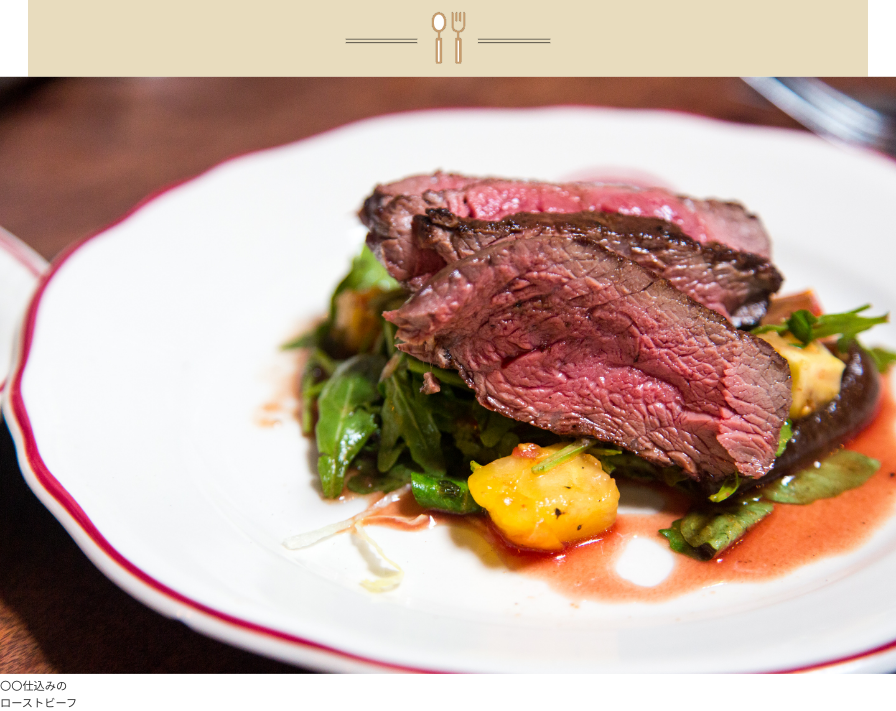
Repository: konatsu-0806/demo-site
Page: FromFigma/index.html
These files come from the project's save history. The page is drawn as it stood at one moment and after the next save; the edit follows.
The browser window is 1280 px wide. The pictures show the part of the page from y = 3534 to 5454 px (the page is 4549 px tall before and 5454 px after), at 70% of full size.

Above is the page before, as saved 2023-02-13 16:56:11.

After the next save:
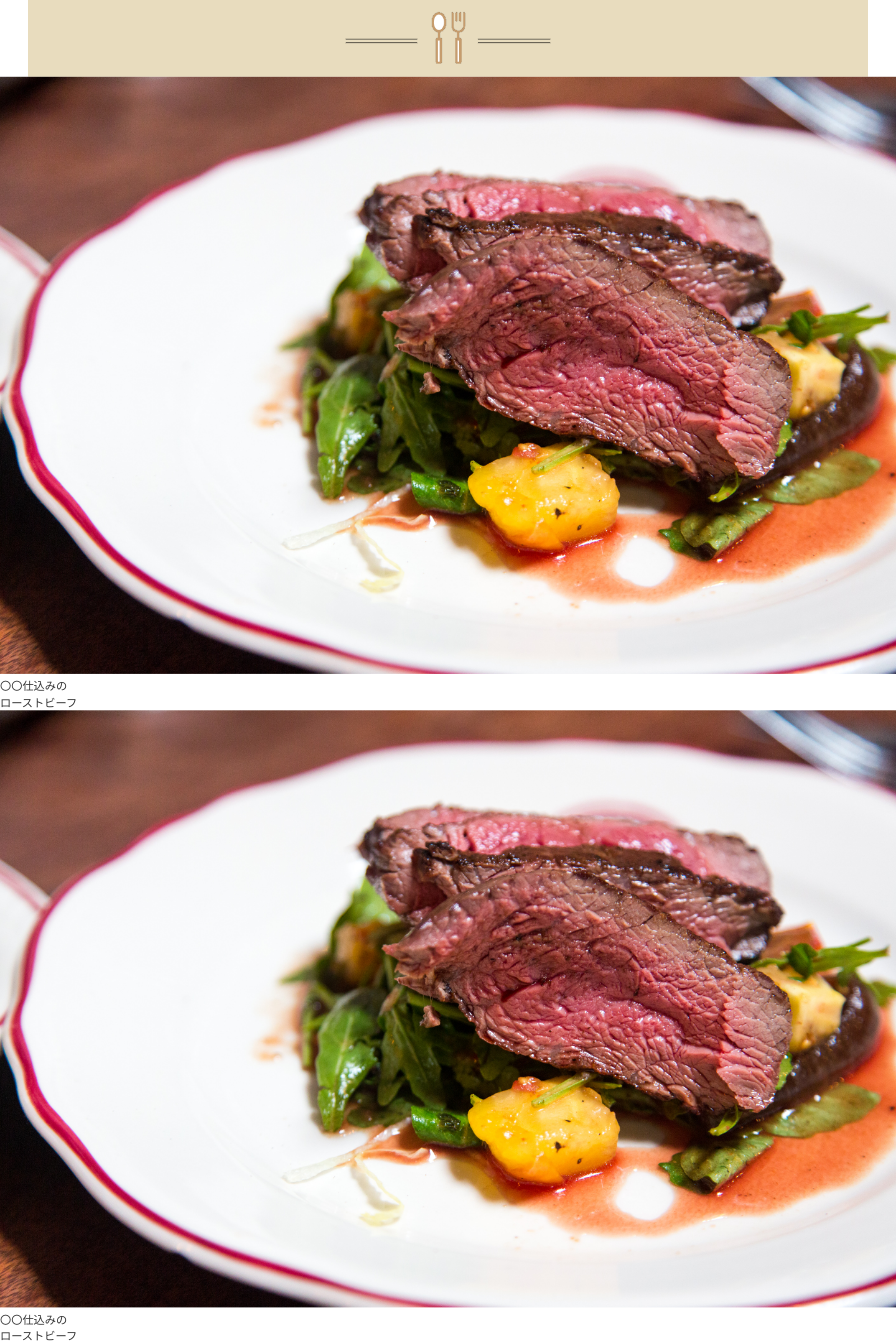
Saved 10 s later.
--- a/FromFigma/index.html
+++ b/FromFigma/index.html
@@ -152,6 +152,12 @@
       ローストビーフ
     </p>
   </div>
+  <div class="dish1">
+    <img src="img/jason-leung-O67LZfeyYBk-unsplash.jpg" alt="">
+    <p>〇〇仕込みの<br />
+      ローストビーフ
+    </p>
+  </div>
 </body>
 
 </html>
